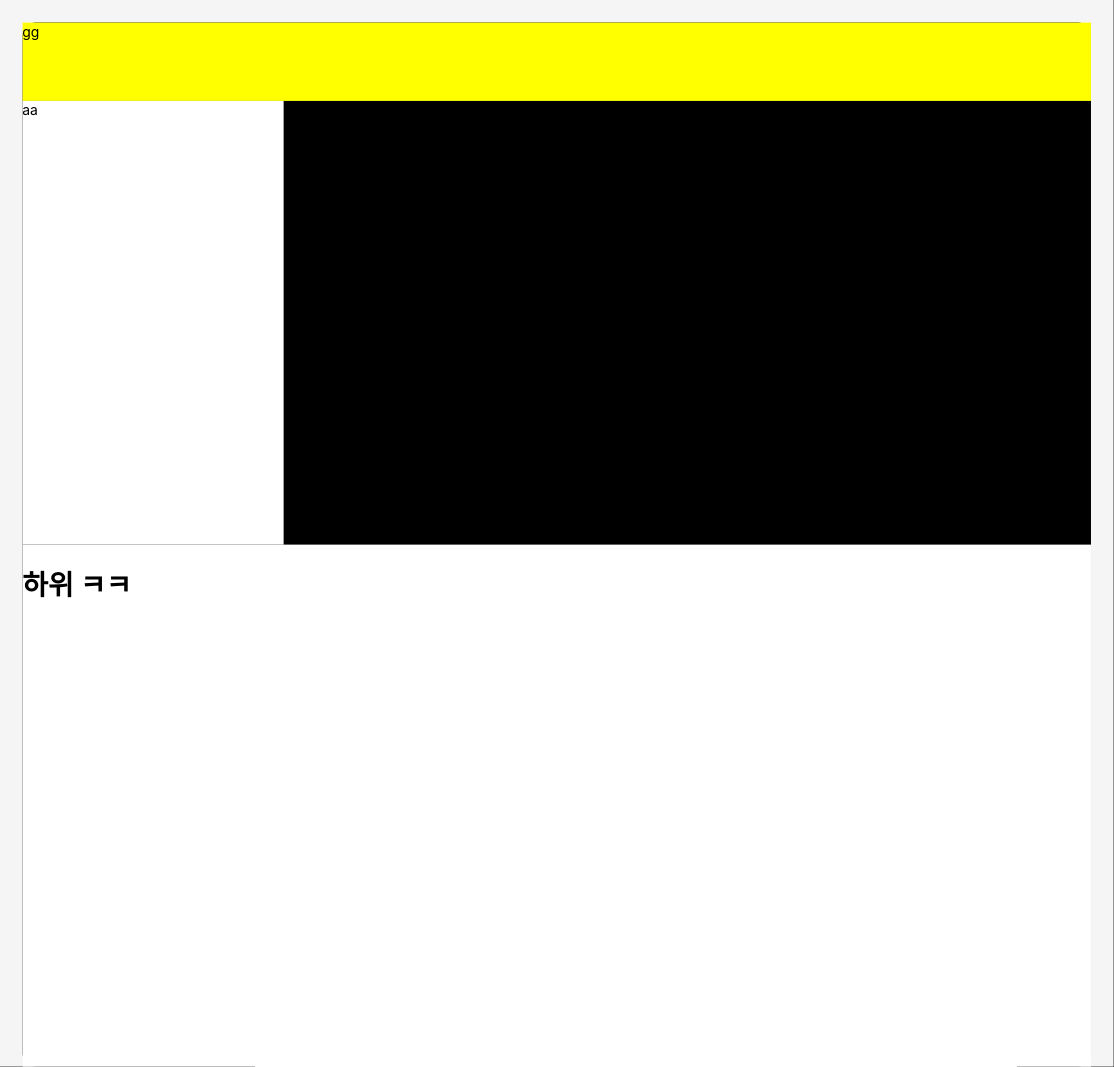
Repository: yangddoddi/community_react
Page: /
The author's editor kept a copy of each file at every save. The page is drawn from the files as they stood at one save, then again after the next save.
The browser window is 1280 px wide. The pictures show the whole page, at 87% of full size.
The page's requests for data from a server got no answer. The project was rebuilt for these pictures with package versions that can differ from the ones it lists, and the page was loaded fresh each time. No one was signed in, and anything a server would have sent is missing.

Above is the page before, as saved 2022-08-17 00:03:34.

After the next save:
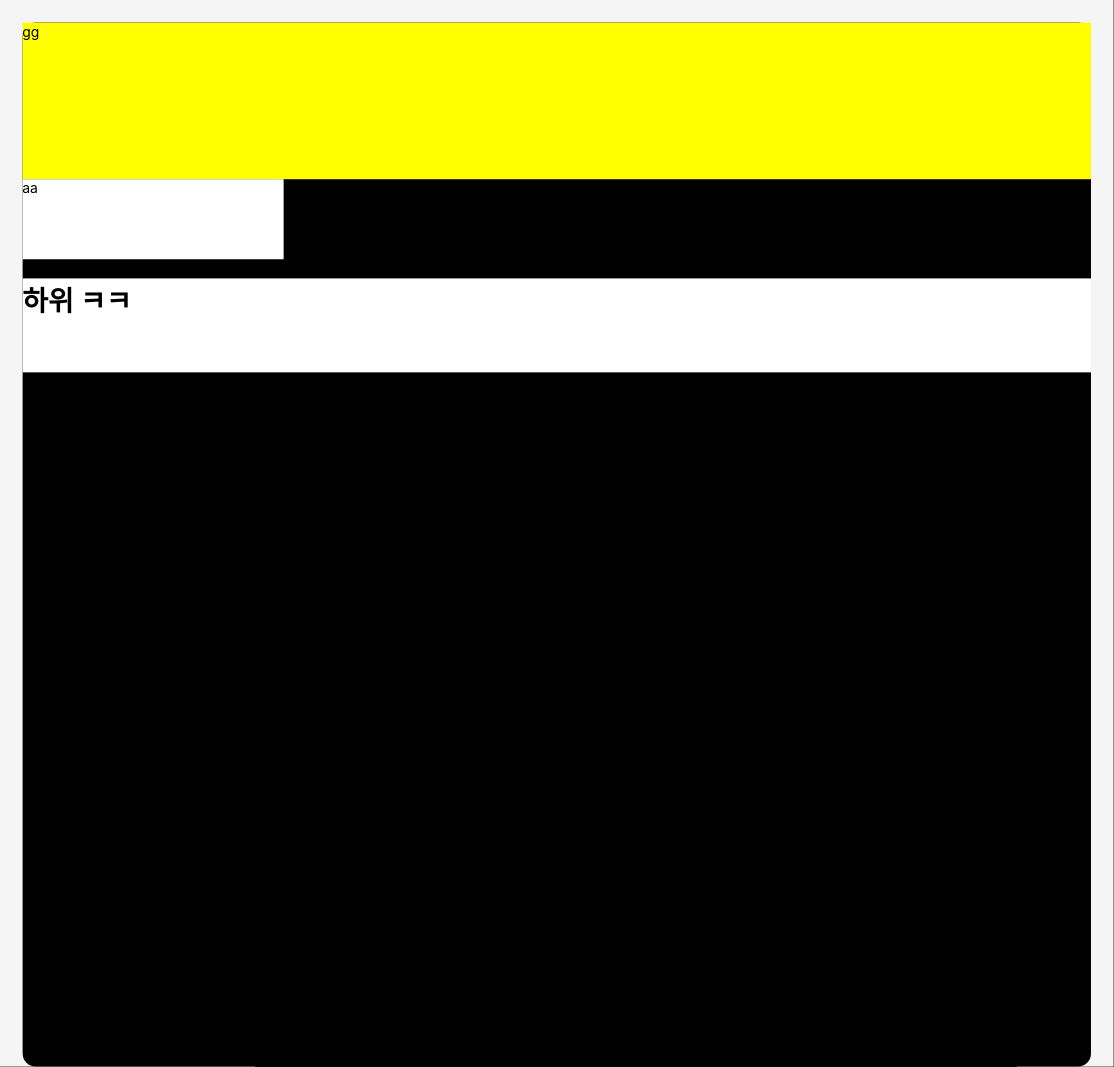
Saved 46 s later.
--- a/src/App.js
+++ b/src/App.js
@@ -10,10 +10,12 @@ function App() {
     <BrowserRouter>
       <div className="container">
         <Header />
-        <Sidebar />
-        <Routes>
-          <Route path="/" element={<Posts />} />
-        </Routes>
+        <div className="bottom_box">
+          <Sidebar />
+          <Routes>
+            <Route path="/" element={<Posts />} />
+          </Routes>
+        </div>
       </div>
     </BrowserRouter>
   );
